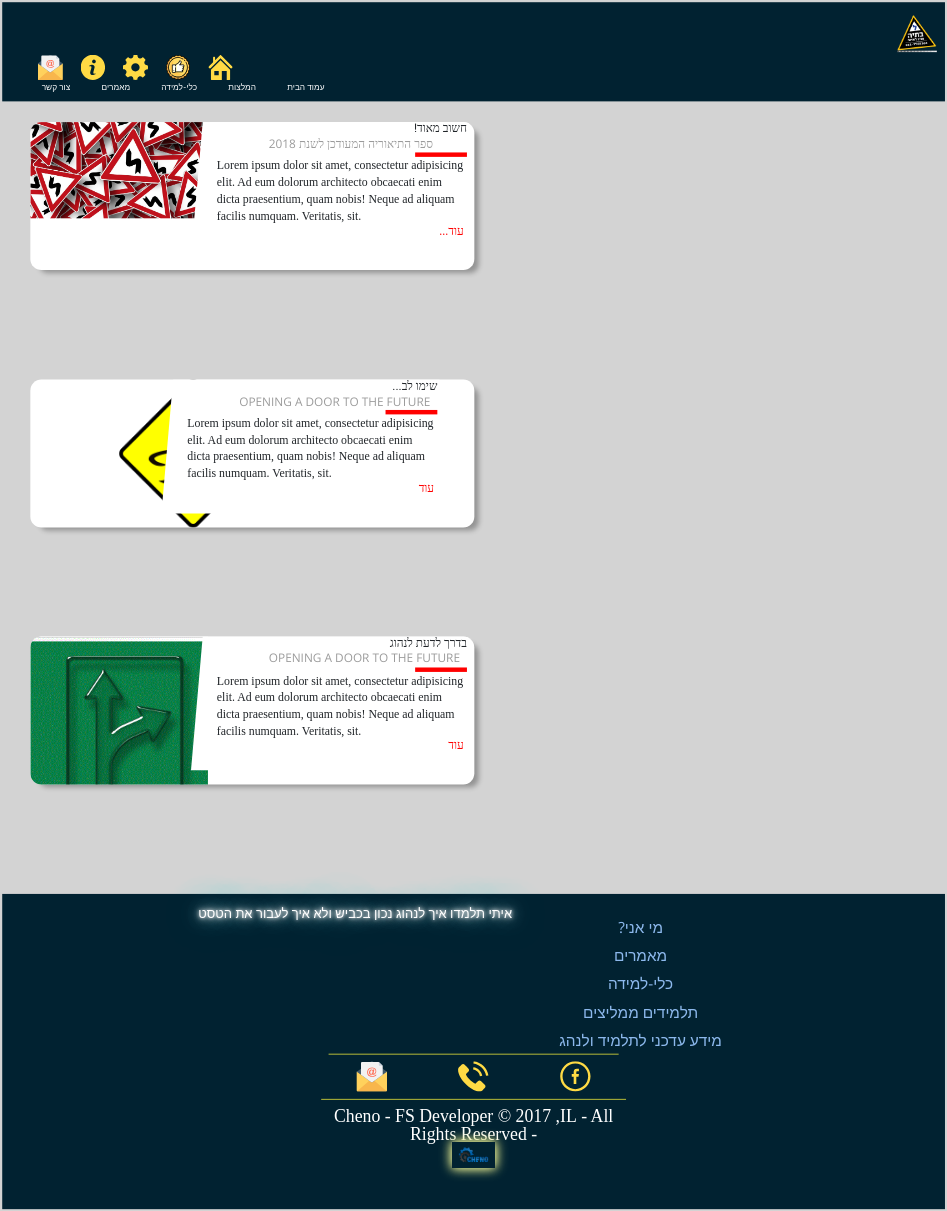
Repository: ChenGinsberg/BatyaLamed-site
Page: index.html
The author's editor kept a copy of each file at every save. The page is drawn from the files as they stood at one save, then again after the next save.
The browser window is 1280 px wide. The pictures show the whole page, at 74% of full size.
Some web libraries are served in a nearby version.

Above is the page before, as saved 2017-11-21 21:28:38.

After the next save:
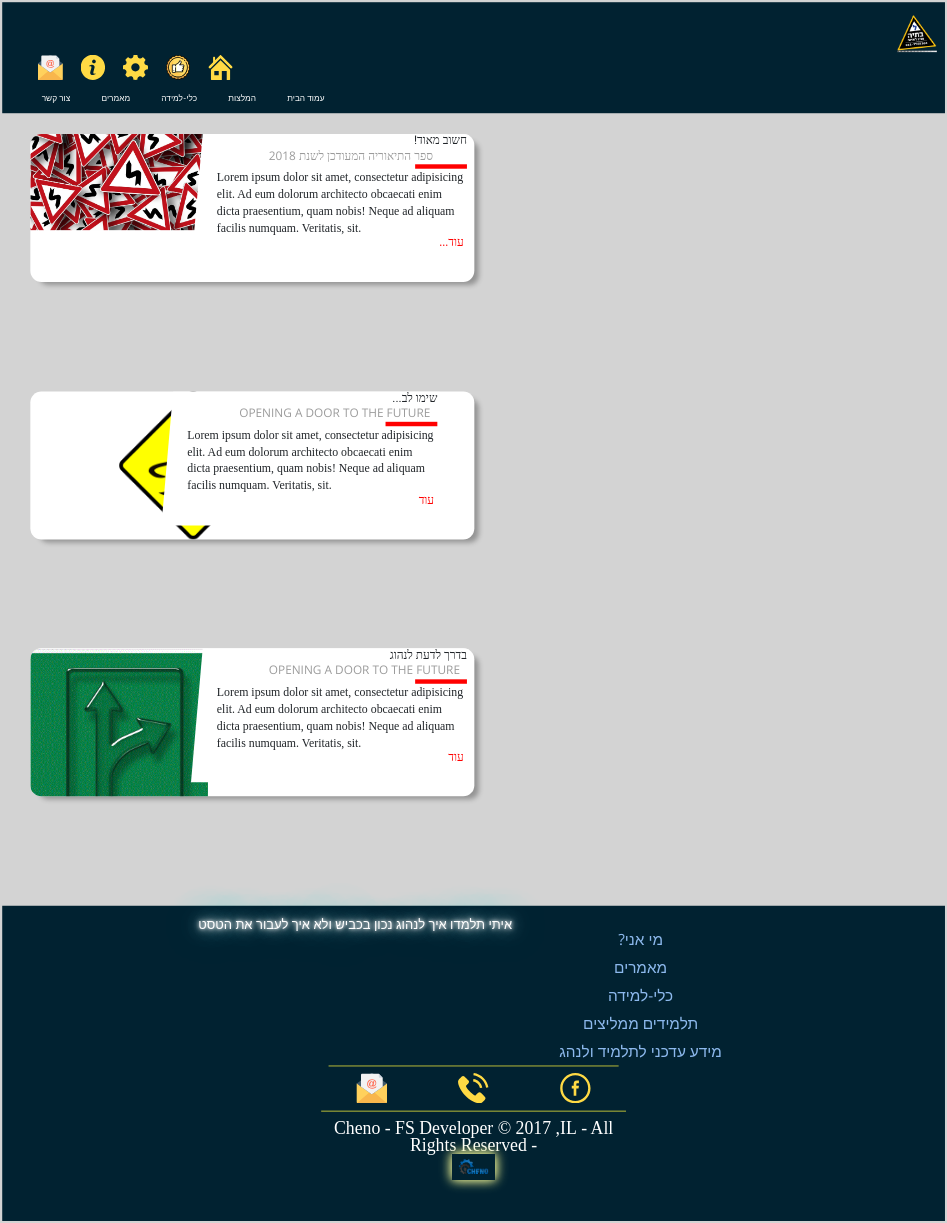
Saved 4 min 4 s later.
--- a/index.html
+++ b/index.html
@@ -28,28 +28,32 @@
 <body lang="rtl">
     <!-- nav-bar -->
     <nav class="navbar-blue">
-        <img src="image/batyaLogo.png" class="logo-nav">
-        <a>
-            <img src="image/email.svg" class="nav-svg-icon">
-        </a>
-        <a href="aticles.html">
-            <img src="image/icon.svg" class="nav-svg-icon">
-        </a>
-        <a href="tools.html">
-            <img src="image/settings-work-tool.svg" class="nav-svg-icon">
-        </a>
-        <a href="recommendsPage.html">
-            <img src="image/recommended.svg" class="nav-svg-icon">
-        </a>
-        <a href="index.html">
-            <img src="image/house-outline.svg" class="nav-svg-icon">
-        </a>
+        <div class="nav-icons">
+            <img src="image/batyaLogo.png" class="logo-nav">
+            <a>
+                <img src="image/email.svg" class="nav-svg-icon">
+            </a>
+            <a href="aticles.html">
+                <img src="image/icon.svg" class="nav-svg-icon">
+            </a>
+            <a href="tools.html">
+                <img src="image/settings-work-tool.svg" class="nav-svg-icon">
+            </a>
+            <a href="recommendsPage.html">
+                <img src="image/recommended.svg" class="nav-svg-icon">
+            </a>
+            <a href="index.html">
+                <img src="image/house-outline.svg" class="nav-svg-icon">
+            </a>
+        </div>
         <br>
-        <span class="nav-iconn">עמוד הבית</span>
-        <span class="nav-iconn">המלצות</span>
-        <span class="nav-iconn">כלי-למידה</span>
-        <span class="nav-iconn">מאמרים</span>
-        <span class="nav-iconn">צור קשר</span>
+        <div class="nav-text">
+            <span class="nav-iconn">עמוד הבית</span>
+            <span class="nav-iconn">המלצות</span>
+            <span class="nav-iconn">כלי-למידה</span>
+            <span class="nav-iconn">מאמרים</span>
+            <span class="nav-iconn">צור קשר</span>
+        </div>
     </nav>
     <!-- slider - linked at the head -->
     <div data-slider-id="zrkchs" class="sliderCSS"></div>
